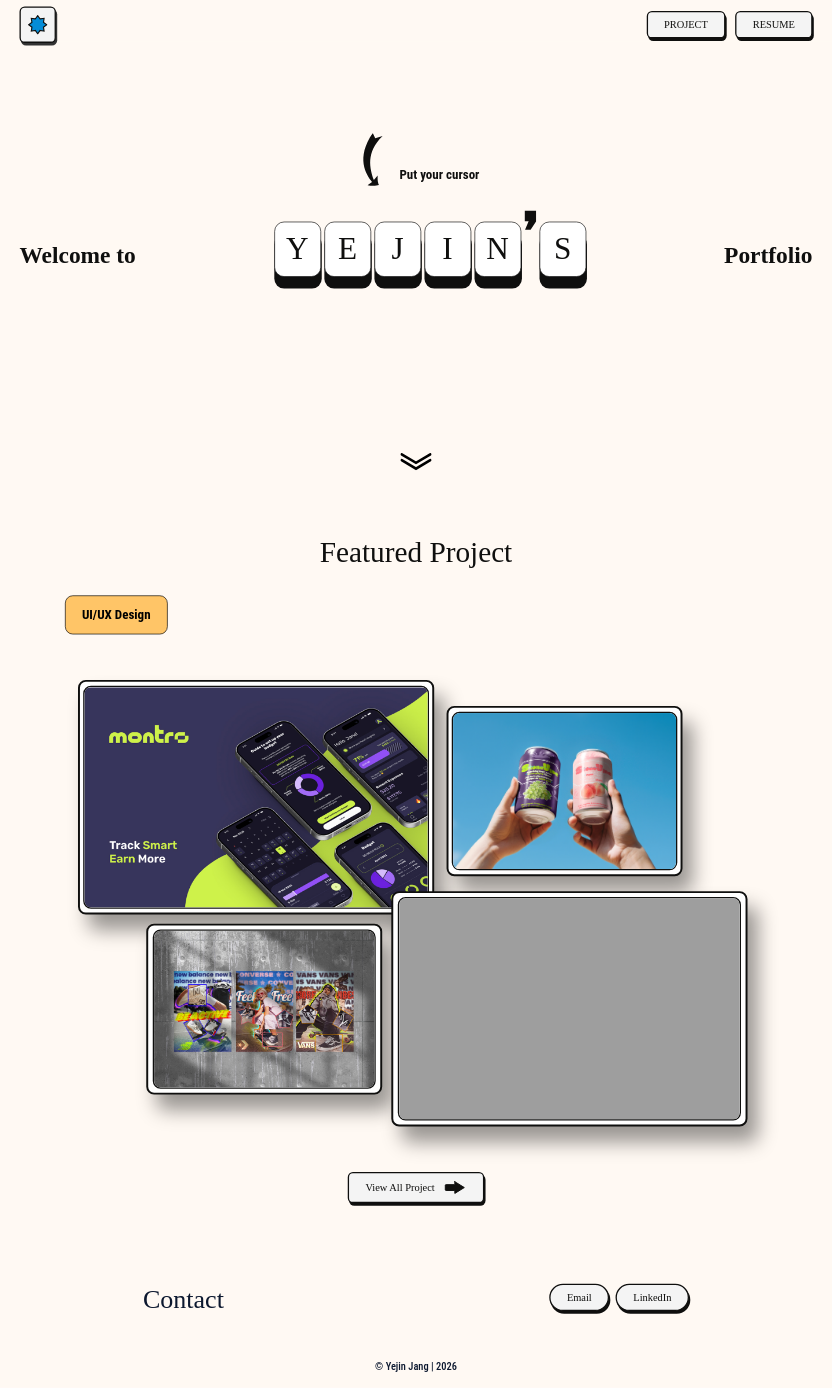
Repository: Yejin-Digital/Yejin.J.Portfolio
Page: /
An editor plug-in stored every save of this project. The page is shown before and after the next save, followed by the edit.
The browser window is 1280 px wide. The pictures show the whole page, at 65% of full size.
Pictures or frames that could not be fetched are drawn as grey boxes. The project was rebuilt for these pictures with package versions that can differ from the ones it lists, and the page was loaded fresh each time. Also part of the build but not shown: vite.config.js, src/styles/Project.module.css, src/styles/ProjectSelection.module.css, src/components/ProjectSelection.jsx, src/pages/Project.jsx, src/styles/Packaging.module.css, src/styles/Mockup.module.css, src/components/Mockup.jsx and 7 more.

Above is the page before, as saved 2026-02-15 02:49:18.

After the next save:
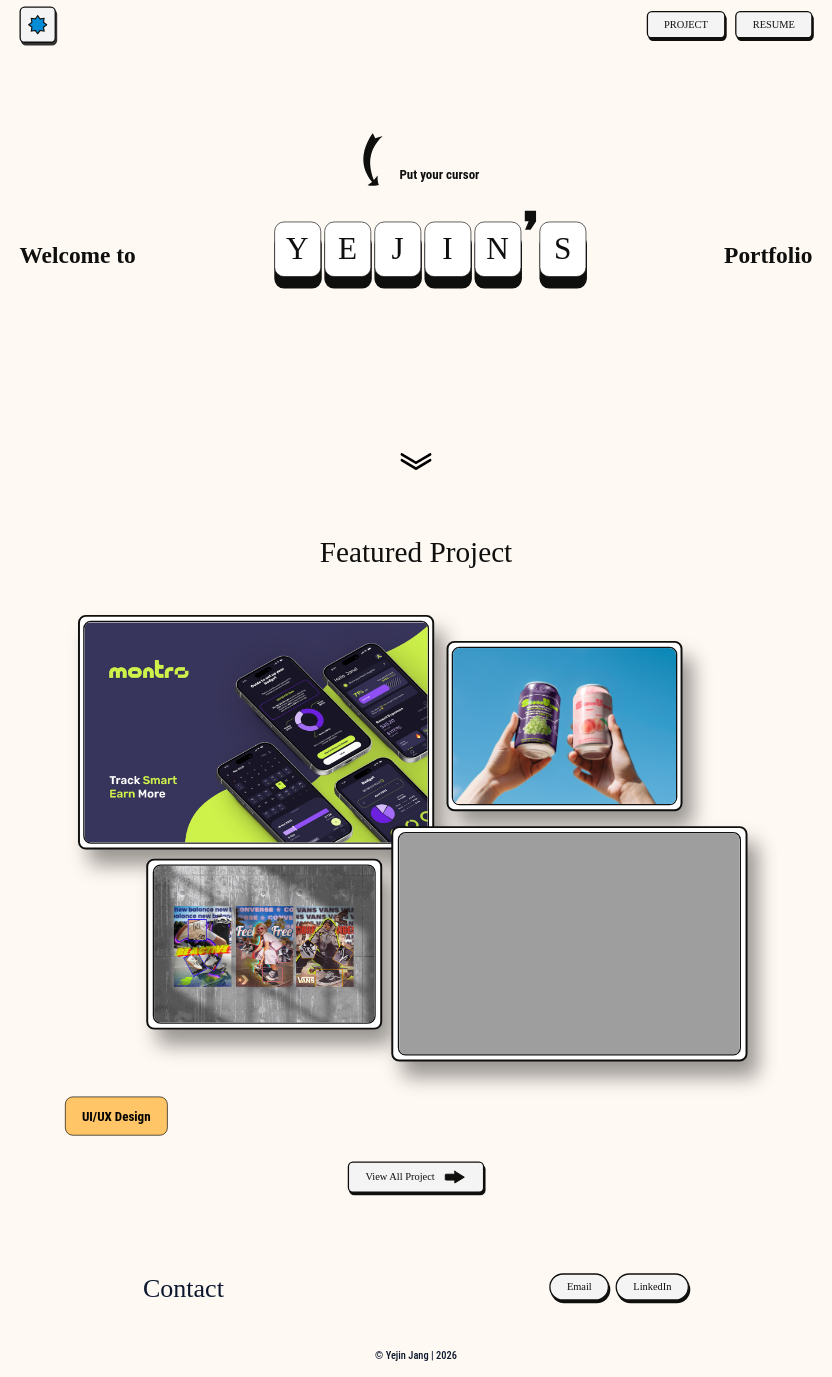
Saved 36 s later.
--- a/src/components/LandingProject.jsx
+++ b/src/components/LandingProject.jsx
@@ -45,17 +45,17 @@
   return (
     <div className={style.landingProject}>
       <h3>Featured Project</h3>
-      <Label
-        text="UI/UX Design"
-        color="#FFC567"
-        style={{
-          position: 'absolute',
-          top: '50px',
-          right: '10px',
-          zIndex: '2',
-        }}
-      />
       <div className={style.grid}>
+        <Label
+          text="UI/UX Design"
+          color="#FFC567"
+          style={{
+            position: 'absolute',
+            top: '50px',
+            right: '10px',
+            zIndex: '2',
+          }}
+        />
         {CARDS.map((card) => (
           <div key={card.id} className={`${style.cardWrap} ${card.gridClass}`}>
             <span className={`${style.cardLabel} ${card.labelClass}`}>
